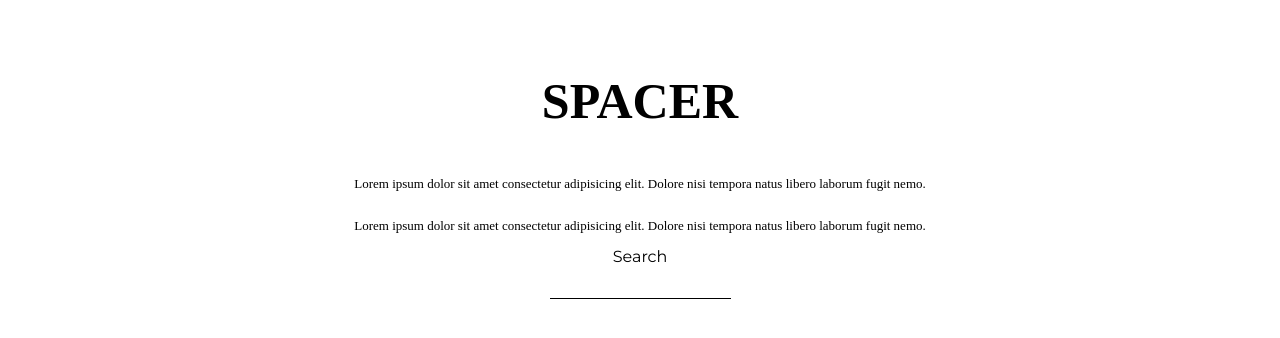
Repository: Trelefele/spacer-roman
Page: /
An editor plug-in stored every save of this project. The page is shown before and after the next save, followed by the edit.
The browser window is 1280 px wide. The pictures show the whole page.
The project was rebuilt for these pictures with package versions that can differ from the ones it lists, and the page was loaded fresh each time.

Above is the page before, as saved 2019-02-03 17:39:33.

### public/index.html
<!DOCTYPE html>
<html lang="en">
  <head>
    <meta charset="utf-8">
    <meta http-equiv="X-UA-Compatible" content="IE=edge">
    <meta name="viewport" content="width=device-width,initial-scale=1.0">
    <link rel="icon" href="<%= BASE_URL %>favicon.ico">
    <!-- <script src="https://unpkg.com/axios/dist/axios.min.js"></script> -->
    <title>spacer-roman</title>
  </head>
  <body>
    <noscript>
      <strong>We're sorry but spacer-roman doesn't work properly without JavaScript enabled. Please enable it to continue.</strong>
    </noscript>
    <div id="app"></div>
    <!-- built files will be auto injected -->
  </body>
</html>

### src/App.vue
<template>
  <div class="app">
    <router-view/>
  </div>
</template>

<style lang="scss" scoped >
@import url('https://fonts.googleapis.com/css?family=Montserrat:300,400,600,800');

* {
  box-sizing: border-box;
}

body {
  font-family: 'Montserrat', sans-serif;
}

</style>

### src/router.js
import Vue from 'vue';
import Router from 'vue-router';
// import Home from './views/Home.vue';
import Search from './views/Search.vue';


Vue.use(Router);

export default new Router({
//   mode: 'history',
//   base: process.env.BASE_URL,
  routes: [
    {
      path: '/',
      name: 'Search',
      component: Search,
    },
  ],
});

### src/views/Search.vue
<template>
  <div class="searchWrapper">
    <Claim/>
  <div class="search"></div>
    <label for="search">Search</label>
    <input
      id="search"
      name="search"
      v-model="searchValue"
      @input="handleInput"
      />

  </div>
</template>

<script>
import axios from 'axios';
import debounce from 'lodash.debounce';
import Claim from '@/components/Claim.vue';

const API = 'https://images-api.nasa.gov/search';

export default {
  name: 'Search',
  components: {
    Claim,
  },
  data() {
    return {
      searchValue: '',
      results: [],
    };
  },
  methods: {
    // eslint-disable-next-line
    handleInput: debounce(function(){
      axios.get(`${API}?q=${this.searchValue}&media_type=image`)
        .then((response) => {
          // this.results = response.data.collection.items;
          this.results = response.data.collection.items;
        })
        .catch((error) => {
          console.log(error);
        });
    }, 500),
  },
};
</script>

<style lang="scss" scoped>
    .searchWrapper {
        display: flex;
        flex-direction: column;
        align-items: center;
        margin: 0;
        padding: 30px;
        width: 100%
    }
    .search {
        display: flex;
        flex-direction: column;
        width: 250px;
    }
    label {
      font-family: montserrat, sans-serif;
    }
    input {
      height: 30px;
      border: 0;
      border-bottom: 1px solid black;
    }
</style>

### src/components/Claim.vue
<template>
    <div class="claimWrapper">
        <h1 class="claim">SPACER</h1>
        <p class="subclaim">
            Lorem ipsum dolor sit amet consectetur adipisicing elit.
            Dolore nisi tempora natus libero laborum fugit nemo.
        </p>
        <p class="subclaim">
            Lorem ipsum dolor sit amet consectetur adipisicing elit.
            Dolore nisi tempora natus libero laborum fugit nemo.
        </p>
    </div>
</template>

<script>

export default {
  name: 'Claim',
};

</script>

<style lang="scss" scoped>
.claimWrapper{
    display: flex;
    flex-direction: column;
    justify-content: center;
    align-items: center;
}

.claim{
    font-size: 50px;

}

.subclaim{
    margin-top: 40px 0 0 0;
    font-size: 13px;
}
</style>

Loaded but not shown: src/main.js (common file)

After the next save:
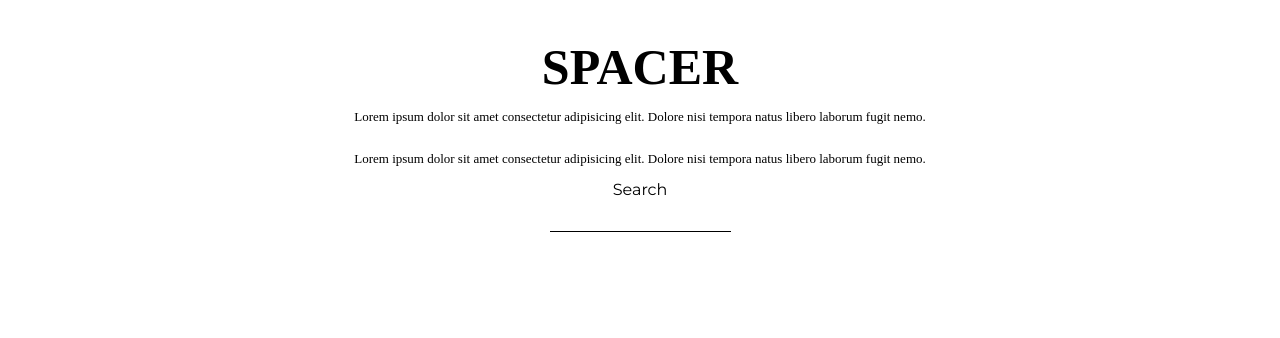
Saved 105 s later.
--- a/src/components/Claim.vue
+++ b/src/components/Claim.vue
@@ -30,7 +30,7 @@ export default {
 
 .claim{
     font-size: 50px;
-
+    margin: 0;
 }
 
 .subclaim{
